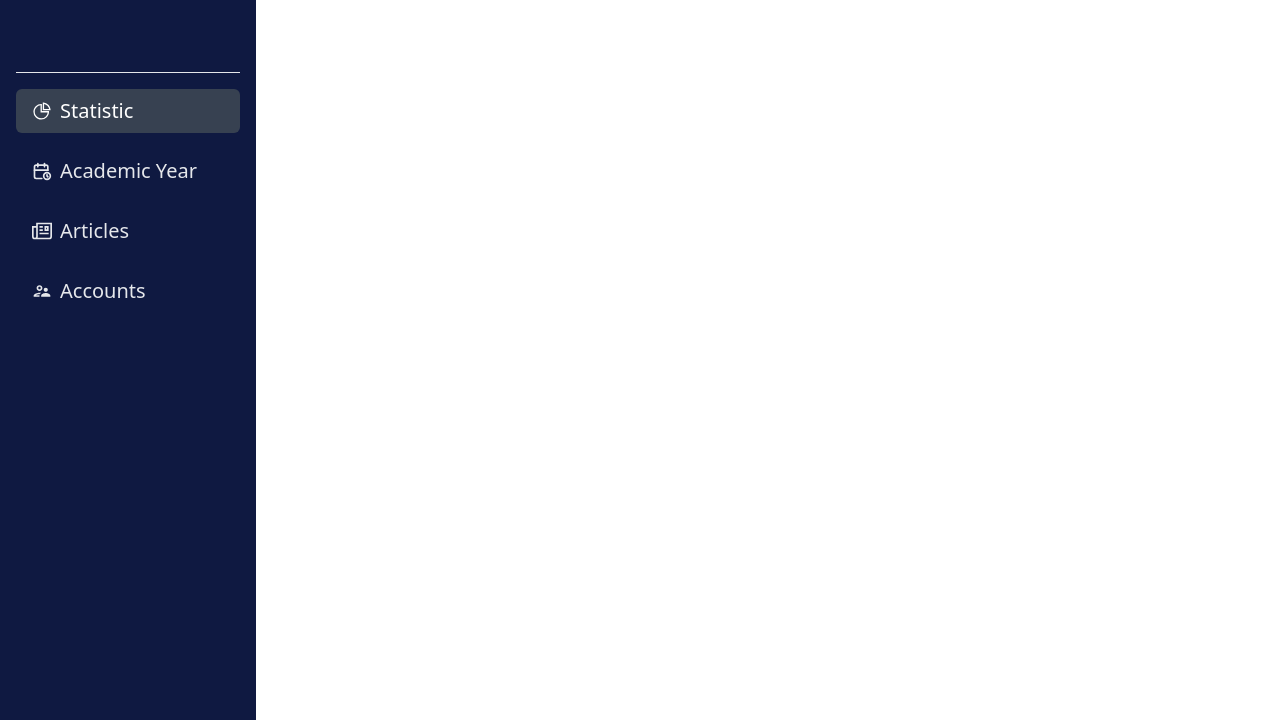
Repository: huynhvanngoan/COMP1640FE-Template
Page: /admin
These files come from the project's save history. The page is drawn as it stood at one moment and after the next save; the edit follows.
The browser window is 1280 px wide. The pictures show the whole page.
The project was rebuilt for these pictures with package versions that can differ from the ones it lists, and the page was loaded fresh each time. Also part of the build but not shown: src/components/buttonStyles.js, src/pages/LoginPage.jsx, src/pages/admin/AdminDashboard.jsx, src/pages/student/StudentDashboard.jsx, src/pages/department/DepartmentDashboard.jsx, src/pages/marketing/MarketingDashboard.jsx, src/pages/guest/GuestDashboard.jsx.

Above is the page before, as saved 2024-03-24 05:22:43.

After the next save:
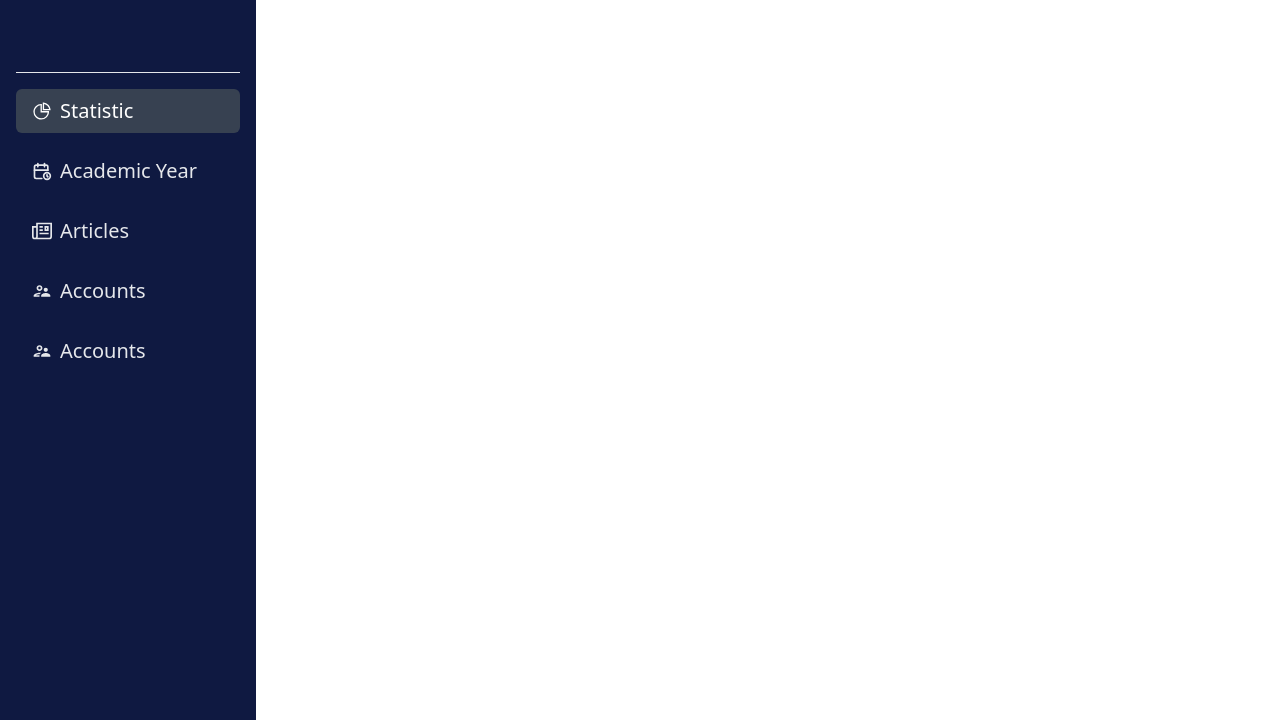
Saved 14 s later.
--- a/src/pages/admin/Sidebar.js
+++ b/src/pages/admin/Sidebar.js
@@ -33,6 +33,11 @@
                 <MdOutlineSupervisorAccount />
                 <span>Accounts</span>
               </Link>
+            </li><li className='mb-4'>
+              <Link to="#" className='flex w-full rounded-md items-center space-x-2 text-gray-200 px-4 py-2 text-xl hover:bg-[#080e24] hover:text-white'>
+                <MdOutlineSupervisorAccount />
+                <span>Accounts</span>
+              </Link>
             </li>
           </ul>
         </div>

After the 3 saves that followed:
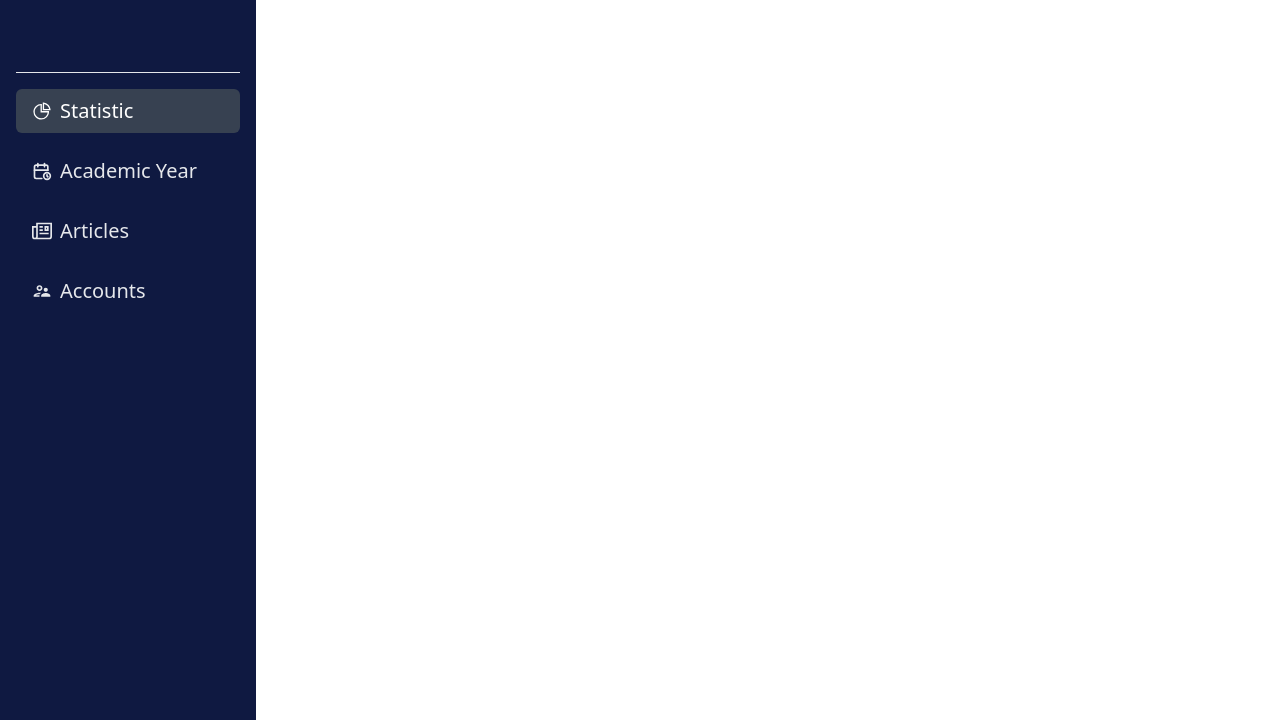
The 3 saves are shown as one change because 1 left the picture as it was and some came seconds apart.
The last was saved 23 s later.
--- a/src/pages/admin/Sidebar.js
+++ b/src/pages/admin/Sidebar.js
@@ -33,11 +33,6 @@
                 <MdOutlineSupervisorAccount />
                 <span>Accounts</span>
               </Link>
-            </li><li className='mb-4'>
-              <Link to="#" className='flex w-full rounded-md items-center space-x-2 text-gray-200 px-4 py-2 text-xl hover:bg-[#080e24] hover:text-white'>
-                <MdOutlineSupervisorAccount />
-                <span>Accounts</span>
-              </Link>
             </li>
           </ul>
         </div>
